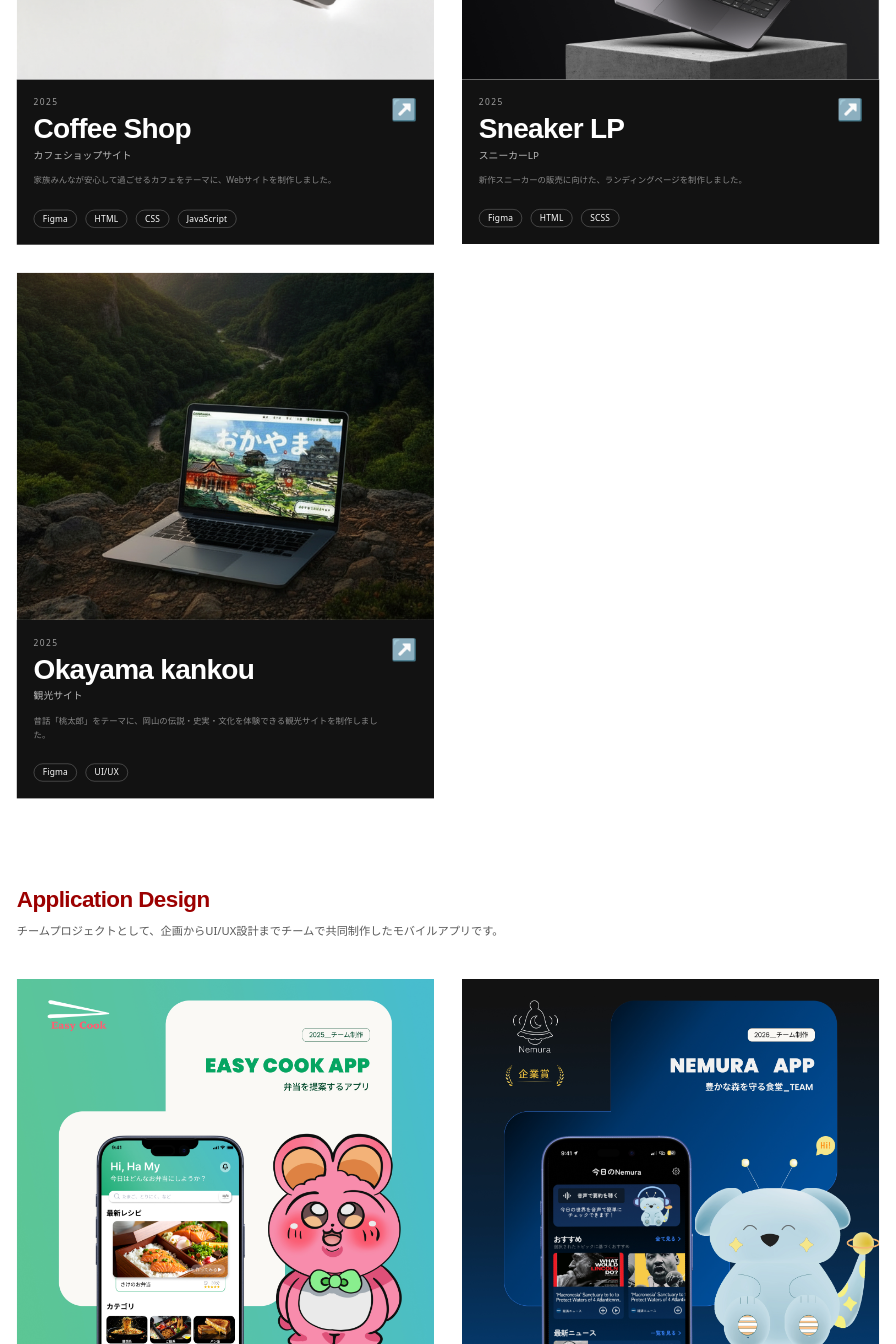
Repository: meme2603/Portfolio-HaMy
Page: / (app in my-portfolio/)
An editor plug-in stored every save of this project. The page is shown before and after the next save, followed by the edit.
The browser window is 1280 px wide. The pictures show the part of the page from y = 2382 to 4302 px (the page is 6210 px tall before and 6249 px after), at 70% of full size.
Some web fonts or font styles are not loaded; a fallback is used. The project was rebuilt for these pictures with package versions that can differ from the ones it lists, and the page was loaded fresh each time. Also part of the build but not shown: my-portfolio/vite.config.js, my-portfolio/src/pages/ProjectDetail.jsx.

Above is the page before, as saved 2026-06-10 14:22:26.

After the next save:
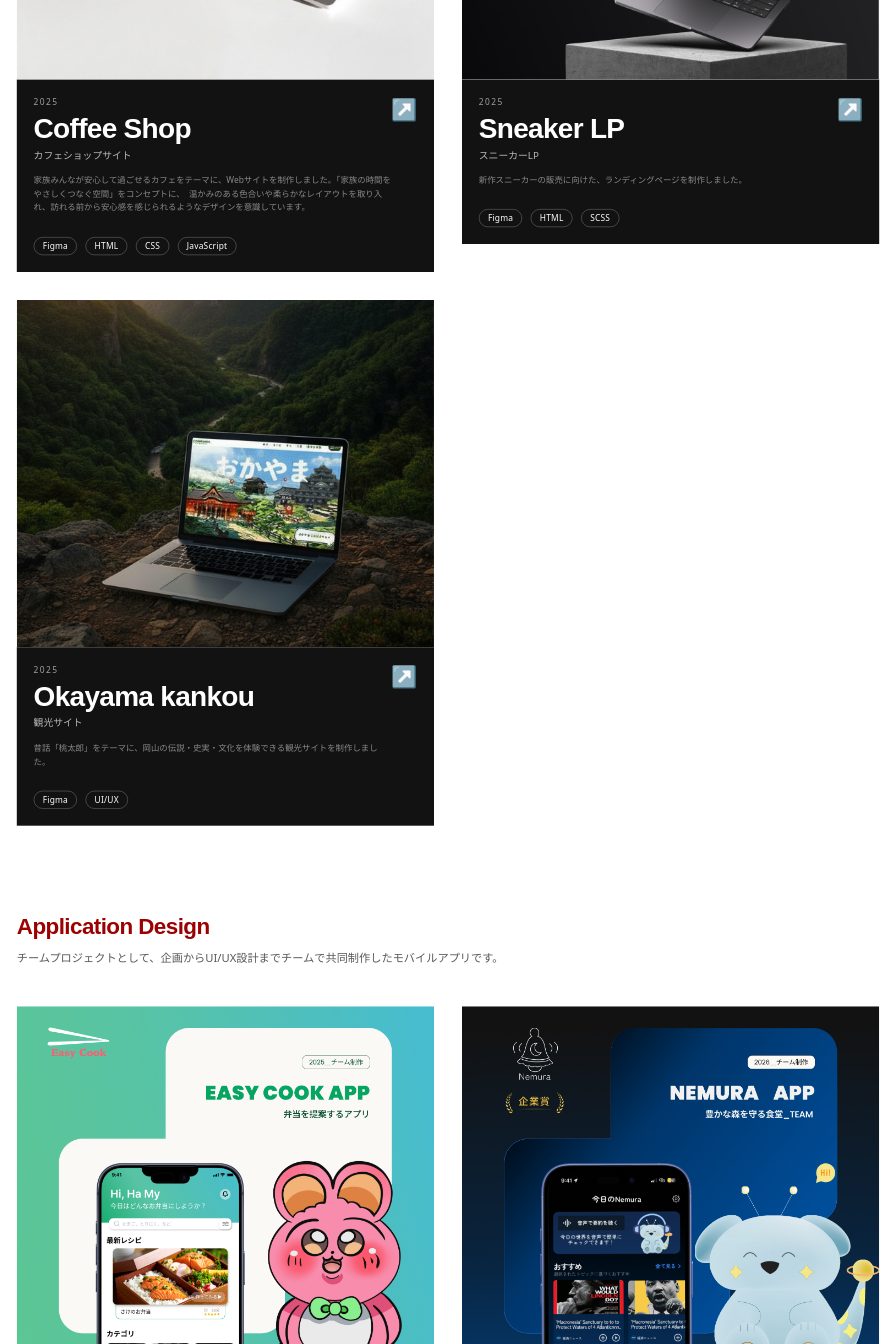
Saved 11 s later.
--- a/my-portfolio/src/data/ProjectsData.js
+++ b/my-portfolio/src/data/ProjectsData.js
@@ -33,7 +33,7 @@
     title: "Coffee Shop",
     name: "THE COFFEE HOUSE",
     titleJP: "カフェショップサイト",
-    desc: "家族みんなが安心して過ごせるカフェをテーマに、Webサイトを制作しました。",
+    desc: "家族みんなが安心して過ごせるカフェをテーマに、Webサイトを制作しました。「家族の時間をやさしくつなぐ空間」をコンセプトに、  温かみのある色合いや柔らかなレイアウトを取り入れ、訪れる前から安心感を感じられるようなデザインを意識しています。",
     tags: ["Figma", "HTML", "CSS", "JavaScript"],
     img: coffeethumb,
 

After the save that followed:
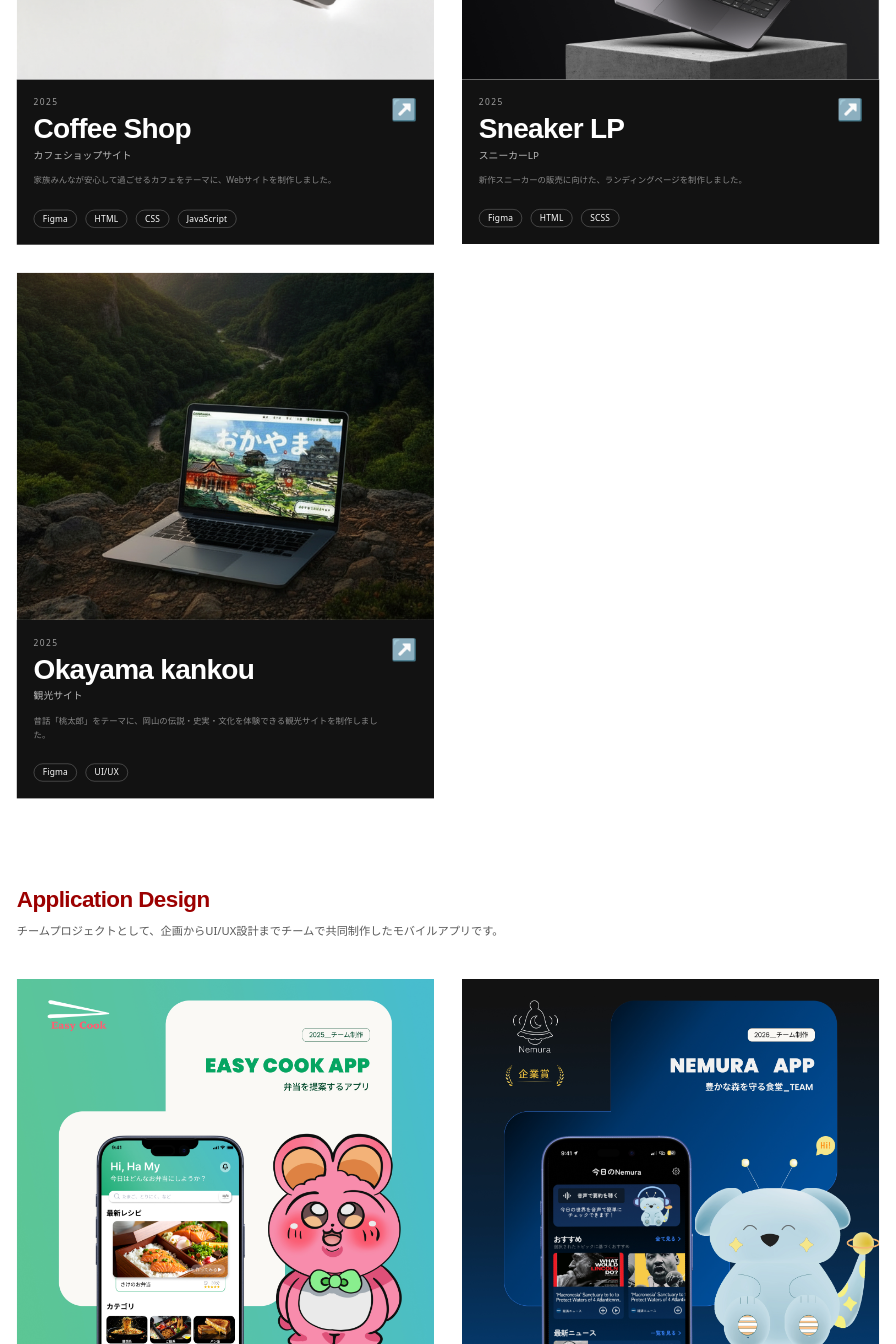
Saved 47 s later.
--- a/my-portfolio/src/data/ProjectsData.js
+++ b/my-portfolio/src/data/ProjectsData.js
@@ -33,7 +33,7 @@
     title: "Coffee Shop",
     name: "THE COFFEE HOUSE",
     titleJP: "カフェショップサイト",
-    desc: "家族みんなが安心して過ごせるカフェをテーマに、Webサイトを制作しました。「家族の時間をやさしくつなぐ空間」をコンセプトに、  温かみのある色合いや柔らかなレイアウトを取り入れ、訪れる前から安心感を感じられるようなデザインを意識しています。",
+    desc: "家族みんなが安心して過ごせるカフェをテーマに、Webサイトを制作しました。",
     tags: ["Figma", "HTML", "CSS", "JavaScript"],
     img: coffeethumb,
 
